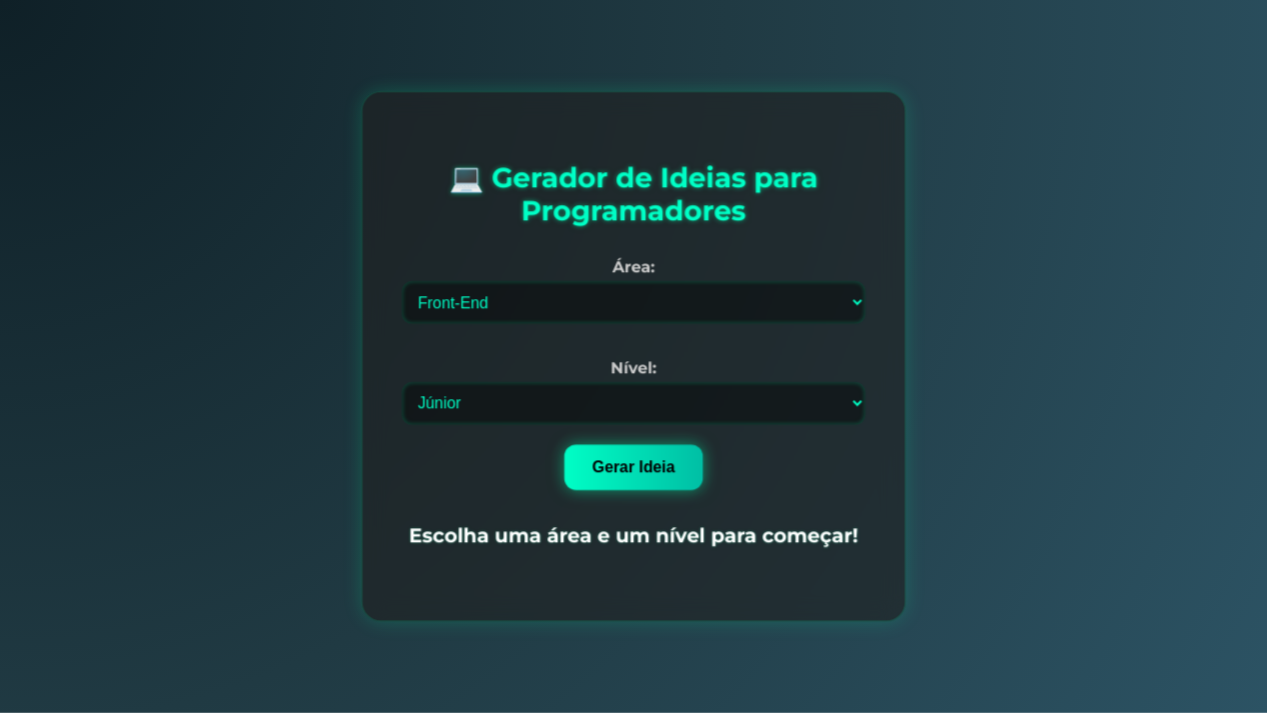
Repository: Wbyh7z/gerador-de-projeto
Page: index.html
These files come from the project's save history. The page is drawn as it stood at one moment and after the next save; the edit follows.
The browser window is 1280 px wide. The pictures show the whole page, at 99% of full size.
Some web fonts or font styles are not loaded; a fallback is used.

Above is the page before, as saved 2025-08-08 15:40:51.

After the next save:
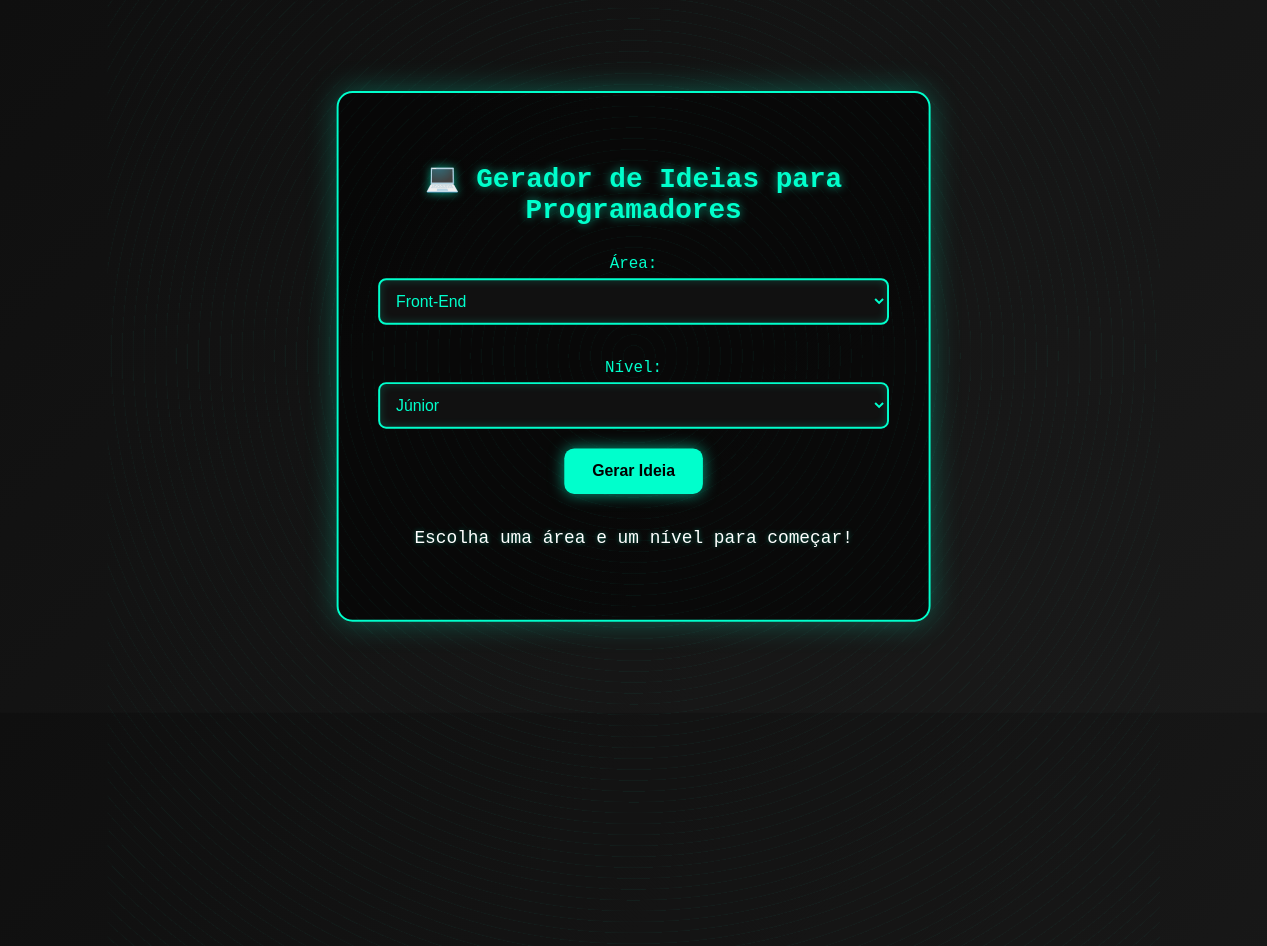
Saved 75 s later.
--- a/style.css
+++ b/style.css
@@ -1,90 +1,106 @@
-@import url('https://fonts.googleapis.com/css2?family=Montserrat:wght@400;700&display=swap');
+@import url('https://fonts.googleapis.com/css2?family=Share+Tech+Mono&display=swap');
 
 * {
   box-sizing: border-box;
 }
 
 body {
-  font-family: 'Montserrat', sans-serif;
+  font-family: 'Share Tech Mono', monospace;
   margin: 0;
   height: 100vh;
+  background: linear-gradient(135deg, #0f0f0f, #1a1a1a);
+  color: #00ffcc;
   display: flex;
   justify-content: center;
   align-items: center;
-  background: radial-gradient(circle at top left, #0f2027, #203a43, #2c5364);
-  color: #e0e0e0;
+  overflow: hidden;
 }
 
 .container {
-  background: rgba(32, 32, 32, 0.6);
-  backdrop-filter: blur(12px);
-  border-radius: 20px;
+  background: rgba(0, 0, 0, 0.6);
+  border: 2px solid #00ffcc;
+  border-radius: 16px;
   padding: 50px 40px;
-  box-shadow: 0 0 20px rgba(0, 255, 170, 0.2);
+  box-shadow: 0 0 30px rgba(0, 255, 204, 0.3);
   text-align: center;
-  max-width: 550px;
+  max-width: 600px;
   width: 90%;
-  transition: all 0.3s ease;
-  border: 1px solid rgba(0, 255, 170, 0.2);
+  position: relative;
+  z-index: 1;
+}
+
+.container::before {
+  content: '';
+  position: absolute;
+  top: -50%;
+  left: -50%;
+  width: 200%;
+  height: 200%;
+  background: repeating-radial-gradient(circle, transparent, transparent 10px, rgba(0, 255, 204, 0.05) 11px);
+  animation: pulse 20s linear infinite;
+  z-index: -1;
+}
+
+@keyframes pulse {
+  0% { transform: rotate(0deg); }
+  100% { transform: rotate(360deg); }
 }
 
 h1 {
   font-size: 28px;
-  font-weight: 700;
   margin-bottom: 30px;
-  color: #00ffc6;
-  text-shadow: 0 0 5px rgba(0, 255, 170, 0.5);
+  color: #00ffcc;
+  text-shadow: 0 0 10px rgba(0, 255, 204, 0.6);
 }
 
 label {
   display: block;
   margin: 15px 0 5px;
-  font-weight: 600;
   font-size: 16px;
-  color: #ccc;
+  color: #00ffcc;
 }
 
 select {
   width: 100%;
   padding: 12px;
   font-size: 16px;
-  border-radius: 10px;
-  border: none;
+  border-radius: 8px;
+  border: 2px solid #00ffcc;
+  background-color: #111;
+  color: #00ffcc;
   margin-bottom: 20px;
-  background-color: rgba(0, 0, 0, 0.4);
-  color: #00ffc6;
-  box-shadow: inset 0 0 5px rgba(0, 255, 170, 0.3);
-  transition: background-color 0.3s ease;
+  box-shadow: inset 0 0 10px rgba(0, 255, 204, 0.2);
+  transition: all 0.3s ease;
 }
 
 select:focus {
   outline: none;
-  background-color: rgba(0, 255, 170, 0.1);
+  border-color: #00ffd0;
+  box-shadow: 0 0 10px rgba(0, 255, 204, 0.5);
 }
 
 button {
   padding: 14px 28px;
   font-size: 16px;
-  font-weight: 700;
-  background: linear-gradient(90deg, #00ffc6, #00bfa5);
+  font-weight: bold;
+  background-color: #00ffcc;
   color: #000;
   border: none;
-  border-radius: 12px;
+  border-radius: 10px;
   cursor: pointer;
-  box-shadow: 0 0 15px rgba(0, 255, 170, 0.5);
+  box-shadow: 0 0 15px rgba(0, 255, 204, 0.6);
   transition: transform 0.2s ease, box-shadow 0.3s ease;
 }
 
 button:hover {
-  transform: scale(1.08);
-  box-shadow: 0 0 25px rgba(0, 255, 170, 0.8);
+  transform: scale(1.05);
+  box-shadow: 0 0 25px rgba(0, 255, 204, 0.9);
 }
 
 #ideia {
   margin-top: 30px;
-  font-size: 20px;
-  font-weight: 600;
+  font-size: 18px;
   line-height: 1.6;
-  color: #fff;
-  text-shadow: 0 0 3px rgba(0, 255, 170, 0.3);
+  color: #ffffff;
+  text-shadow: 0 0 5px rgba(0, 255, 204, 0.4);
 }
